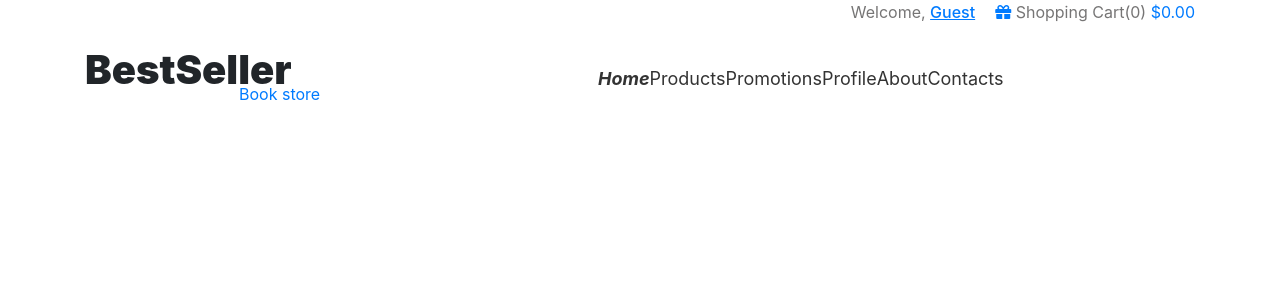
Repository: phunobi1807/BestSeller
Page: index.html
An editor plug-in stored every save of this project. The page is shown before and after the next save, followed by the edit.
The browser window is 1280 px wide. The pictures show the whole page.

Above is the page before, as saved 2021-06-28 22:38:30.

After the next save:
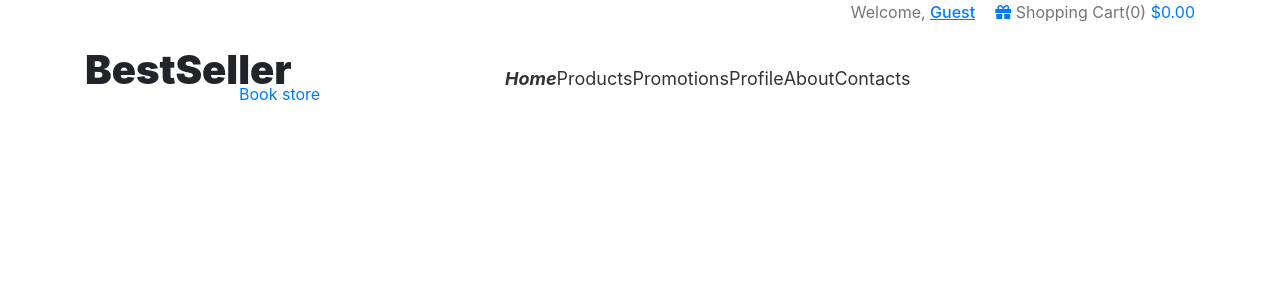
Saved 63 s later.
--- a/css/style.css
+++ b/css/style.css
@@ -62,7 +62,7 @@
     display: flex;
     line-height: 78px;
     list-style: none;
-    padding: 0 133px;
+    /* padding: 0 133px; */
 }
 
 .navigation-menu__item--active {

After the 2 saves that followed:
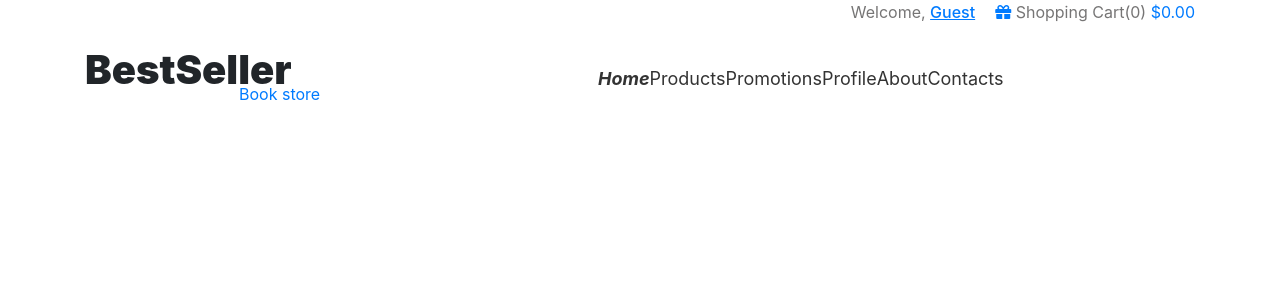
The 2 saves are shown as one change because 1 left the picture as it was.
The last was saved 14 s later.
--- a/css/style.css
+++ b/css/style.css
@@ -62,7 +62,7 @@
     display: flex;
     line-height: 78px;
     list-style: none;
-    /* padding: 0 133px; */
+    padding: 0 133px;
 }
 
 .navigation-menu__item--active {
